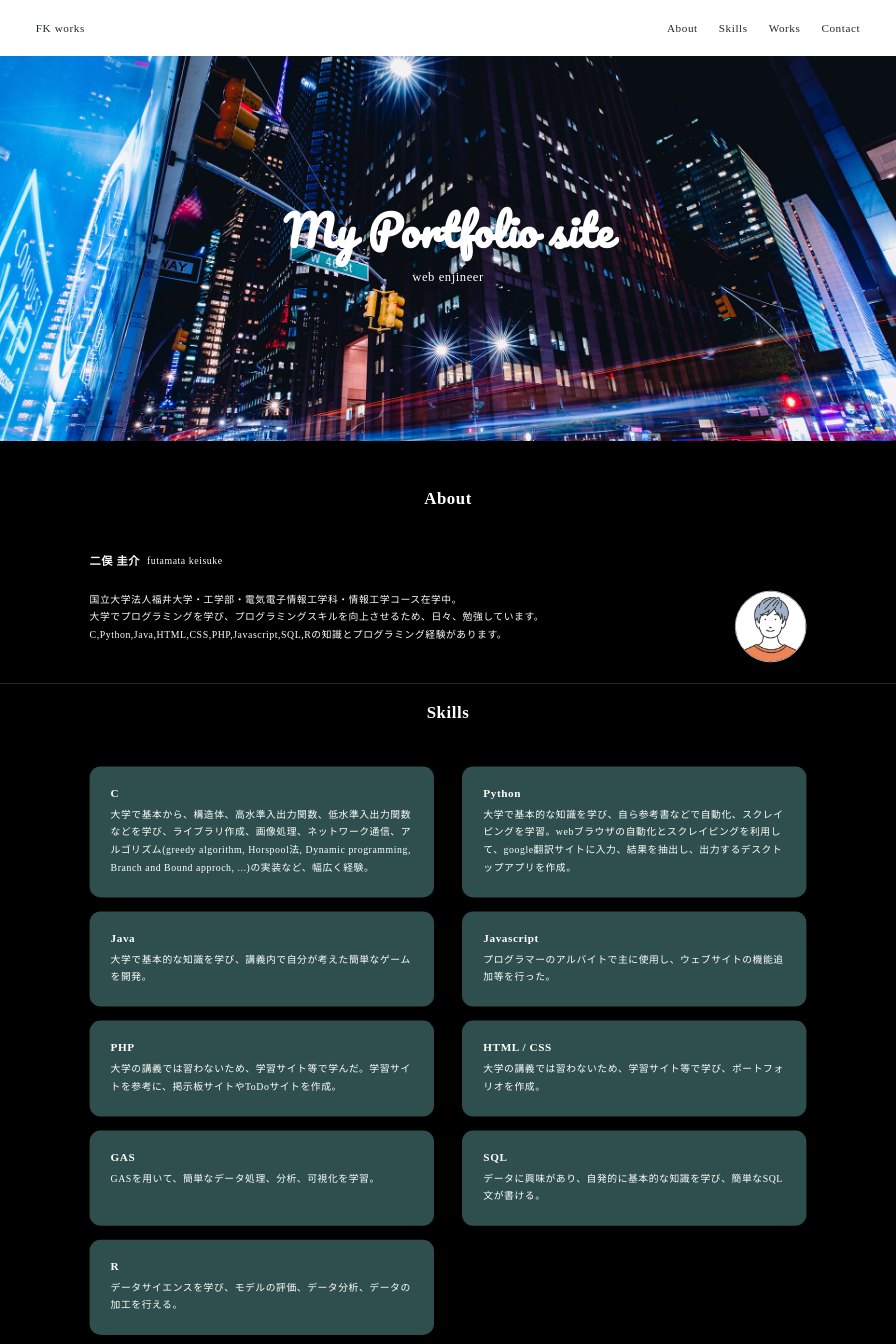
Repository: F-ksk/portfolio
Page: index.html
An editor plug-in stored every save of this project. The page is shown before and after the next save, followed by the edit.
The browser window is 1280 px wide. The pictures show the part of the page from y = 0 to 1920 px (the page is 3705 px tall), at 70% of full size.

Above is the page before, as saved 2023-11-13 00:17:09.

### index.html
<!DOCTYPE html>
<html>
    <head>
        <meta charset="UTF-8" />
        <meta http-equiv="X-UA-Compatible" content="IE=edge" />
        <meta name="viewport" content="width=device-width, initial-scale=1.0" />
        <meta name="robots" content="noindex" />
        <title>FK Portfolio</title>
        <link rel="stylesheet" href="css/reset.css" />
        <link rel="stylesheet" href="css/style.css" />
    </head>
    <body>

        <header>
            <a href="index.html">FK works</a>
            <nav>
                <ul>
                    <li><a href="#about">About</a></li>
                    <li><a href="#skills">Skills</a></li>
                    <li><a href="#works">Works</a></li>
                    <li><a href="#contact">Contact</a></li>
                </ul>
            </nav>
        </header>

        <div class="main-visual">
            <div>
                <h1>My Portfolio site</h1>
                <p>web enjineer</p>
            </div>
        </div>

        <section id="about">
            <h2>About</h2>
            <div id="about-name">
                <h3>二俣 圭介</h3>
                <p>futamata keisuke</p>
            </div>
            <div id="about-detail">
                <p>
                    国立大学法人福井大学・工学部・電気電子情報工学科・情報工学コース在学中。<br>
                    大学でプログラミングを学び、プログラミングスキルを向上させるため、日々、勉強しています。
                    C,Python,Java,HTML,CSS,PHP,Javascript,SQL,Rの知識とプログラミング経験があります。<br>
                </p>
                <img src="./img/man.jpg">
            </div>
        </section>
        <section id="skills">
            <h2>Skills</h2>
            <div class="skill-list">
                <div class="skill-item">
                    <h3>C</h3>
                    <p>大学で基本から、構造体、高水準入出力関数、低水準入出力関数などを学び、ライブラリ作成、画像処理、ネットワーク通信、アルゴリズム(greedy algorithm, Horspool法, Dynamic programming, Branch and Bound approch, ...)の実装など、幅広く経験。</p>
                </div>
                <div class="skill-item">
                    <h3>Python</h3>
                    <p>大学で基本的な知識を学び、自ら参考書などで自動化、スクレイピングを学習。webブラウザの自動化とスクレイピングを利用して、google翻訳サイトに入力、結果を抽出し、出力するデスクトップアプリを作成。</p>
                </div>
                <div class="skill-item">
                    <h3>Java</h3>
                    <p>大学で基本的な知識を学び、講義内で自分が考えた簡単なゲームを開発。</p>
                </div>
                <div class="skill-item">
                    <h3>Javascript</h3>
                    <p>プログラマーのアルバイトで主に使用し、ウェブサイトの機能追加等を行った。</p>
                </div>
                <div class="skill-item">
                    <h3>PHP</h3>
                    <p>大学の講義では習わないため、学習サイト等で学んだ。学習サイトを参考に、掲示板サイトやToDoサイトを作成。</p>
                </div>
                <div class="skill-item">
                    <h3>HTML / CSS</h3>
                    <p>大学の講義では習わないため、学習サイト等で学び、ポートフォリオを作成。</p>
                </div>
                <div class="skill-item">
                    <h3>GAS</h3>
                    <p>GASを用いて、簡単なデータ処理、分析、可視化を学習。</p>
                </div>
                <div class="skill-item">
                    <h3>SQL</h3>
                    <p>データに興味があり、自発的に基本的な知識を学び、簡単なSQL文が書ける。</p>
                </div>
                <div class="skill-item">
                    <h3>R</h3>
                    <p>データサイエンスを学び、モデルの評価、データ分析、データの加工を行える。</p>
                </div>
            </div>
        </section>
        <section id="works">
            <h2>Works</h2>
            <div class="work-item">
                <div class="work-description">
                    <h3>翻訳アプリ</h3>
                    <img src="./img/portfolio.jpg">
                    <p>デスクトップで翻訳するアプリ。</p>
                    <p>自動化、スクレイピング等を使い作成</p>
                </div>

                <div class="work-description">
                    <h3>ポートフォリオサイト</h3>
                    <img src="./img/portfolio(2).png">
                    <p>現在表示しているサイト。</p>
                </div>

                <div class="work-description">
                    <h3>ホッケーゲーム</h3>
                    <img src="./img/hokey.png">
                    <p>ホッケーのゲーム。Javaで作成</p>
                </div>

                <div class="work-description">
                    <h3>掲示板サイト</h3>
                    <img src="./img/掲示板.png">
                    <p>HTML,CSS,PHPを使い、</p>
                    <p>データベースなども学びながら作成</p>
                </div>

                <div class="work-description">
                    <h3>ToDoサイト</h3>
                    <img src="./img/todo.png">
                    <p>フレームワークにLaravelを使い、</p>
                    <p>マイグレーションファイル、UI等作成</p>
                </div>

            </div>
        </section>
        <section id="contact">
            <h2>Contact</h2>
            <div class="contact-form">
                <!--<iframe src="https://docs.google.com/forms/d/e/1FAIpQLSfhIRxsClYk-LjjOeqSs9rPikyz6iXAlGFSL5PuYS38eefG3A/viewform?embedded=true" width="640" height="682" frameborder="0" marginheight="0" marginwidth="0">読み込んでいます…</iframe> -->

                <form action="https://docs.google.com/forms/u/0/d/e/1FAIpQLSfhIRxsClYk-LjjOeqSs9rPikyz6iXAlGFSL5PuYS38eefG3A/formResponse" target="_self" method="POST" id="mG61Hd">
                    <dl>
                        <dt>お名前</dt>
                        <dd><input name="entry.{1209985459}" type="text" required="required" id="textfield" class="g_form"></dd>
                        <dt>メールアドレス</dt>
                        <dd><input name="entry.{1499214278}" type="text" class="g_form" id="textfield2"></dd>
                        <dt>問い合わせ内容</dt>
                        <dd><textarea name="entry.{1422841443}" required class="g_form_text" id="entry.{1422841443}"></textarea></dd>
                      </dl>
                      <div class="button"><input type="submit" class="btbt"></div>
                </form>

            </div>
        </section>
        <footer>
            <p>&copy; futamata keisuke</p>
        </footer>
    </body>
</html>

### css/style.css
@charset "UTF-8";
@import url('https://fonts.googleapis.com/css2?family=Roboto:wght@100;300;400;500;700;900&display=swap');
@import url('https://fonts.googleapis.com/css2?family=Noto+Sans+JP:wght@300;400;500;700;900&display=swap');
@import url('https://fonts.googleapis.com/css2?family=Pacifico&display=swap');

html {
  font-size: 100%;
}

body {
    color: #24292e;
    letter-spacing: 0.05em;
}

a,a:visited {
    color: #24292e;
    text-decoration: none;
}

img {
    max-width: 100%;
}

li {
    list-style: none;
}

p {
    line-height: 1.8;
    font-size: 14px;
}

h1 {
    font-size: 60px;
    font-family: 'Pacifico';
}

h2 {
    font-size: 1.5rem;
    text-align: center;
    margin-bottom: 65px;
}

h3 {
    font-size: 16px;
}

header {
    max-width: 100%;
    background-color: #fff;
    display: flex;
    justify-content: space-between;
    height: 80px;
    padding: 0 4%;
    align-items: center;
    position: sticky;
    top: 0;
}

header ul {
    display: flex;
}

header li {
    margin-left: 30px;
}

.main-visual {
    width: 100%;
    height: 550px;
    background-image: url(../img/town.jpg);
    background-size: cover;
    color: #FFF;
    text-align: center;
    display: flex;
    justify-content: center;
    align-items: center;
}

.main-visual p {
    margin-top: 20px;
    font-size: 18px;
}

#about{
    background-color: black;
    color: #fff;
}

#about-name{
    display: flex;
    justify-content: flex-start;
    align-items: center;
}

#about h2 {
    margin-top: 40px;
}

#about h3 {
    margin-right: 10px;
}

#about p {
    width: 80%;
}

#about-detail {
    margin-top: 30px;
    display: flex;
    justify-content: space-between;
}

#about img {
    width: 100px;
    height: 100px;
    border-radius: 50%;
    object-fit: cover;
    border-style: solid;
    border-width: 1px;
}

section {
    padding: 30px 10%;
}

#skills {
    background-color: black;
    color: white;
}

#skills h3 {
    margin-bottom: 10px;
}

.skill-list {
    display: flex;
    justify-content: space-between;
    flex-wrap: wrap;
}

.skill-item {
    width: 48%;
    background-color: darkslategrey;
    border-radius: 16px;
    margin-bottom: 20px;
    padding: 30px;
    box-sizing: border-box;
}

.work-item {
    display: flex;
    justify-content: space-between;
    flex-wrap: wrap;
}

#works{
    background-color: black;
    color: whitesmoke;
}

#works img {
    width: 60%;
    height: 180px;
}

.work-description {
    padding: 20px;
    background-color:darkslategray;
    border-radius: 16px;
    margin-bottom: 20px;
    width: 45%;
    text-align: center;
}

.work-description p {
    margin-top: 10px;
}

.work-description h3 {
    margin-top: 10px;
    margin-bottom: 10px;
}

#contact {
    background-color: black;
    color: white;
    text-align: center;
}

#contact form {
    width: 70%;
    margin: 0 auto;
}

#contact dl {
    display: flex;
    flex-wrap: wrap;
    margin-bottom: 20px;
}

#contact dt {
    width: 15%;
    font-size: 13px;
}

#contact dd {
    width: 85%;
    margin-bottom: 10px;
}

#contact dd input,
#contact dd textarea {
    width: 100%;
    border: solid 1px #999999;
    padding: 10px;
    background-color: #fff;
    border-radius: 8px;
}

#contact dd textarea {
    height: 10rem;
}

#contact .button {
    text-align: center;
}

#contact .button input {
    width: 200px;
    background-color: #24292e;
    color: #fff;
    padding: 15px 0;
    border: solid 1px #24292e;
}

#contact .button input:hover {
    background: #fff;
    color: #24292e;
}

footer {
    background-color: #24292e;
    color: #fff;
    font-size:  0.5rem;
    padding: 10px 20px;
    text-align: center;
}

@media screen and (max-width: 414px) {
	h2 {
        margin-bottom: 30px;
    }

    header {
        max-width: 100%;
        flex-direction: column;
        height: auto;
        padding: auto;
    }

    #about {
        text-align:  center;
    }

    #about h3 {
        margin: 0;
    }

    #about-name {
        flex-direction: column;
        align-items: center;
    }

    #about-detail {
        flex-direction: flex;
        flex-direction: column-reverse;
        align-items: center;
    }

    #about-detail p {
        text-align: left;
        margin-top: 30px;
        width: 100%;
    }

    .skill-item {
        width: 100%;
    }

    .work-item {

        width: 90%;
        flex-direction: column;
    }

    #works img {
        width: 100%;
        height: 120px;
        margin-bottom: 10px;
    }

    .work-description {
        margin-bottom: 30px;
        width: 100%;
    }

    #contact form {
        text-align: center;
    }

    #contact input {
        width: 100%;
    }

    #contact dl{
        flex-direction: column;
        width: 100%;
    }

    #contact dt{
        width: auto;
        margin-bottom: 5px;
    }

    #contact dd{
        width: 90%;
    }
}

Loaded but not shown: css/reset.css (common file)

After the next save:
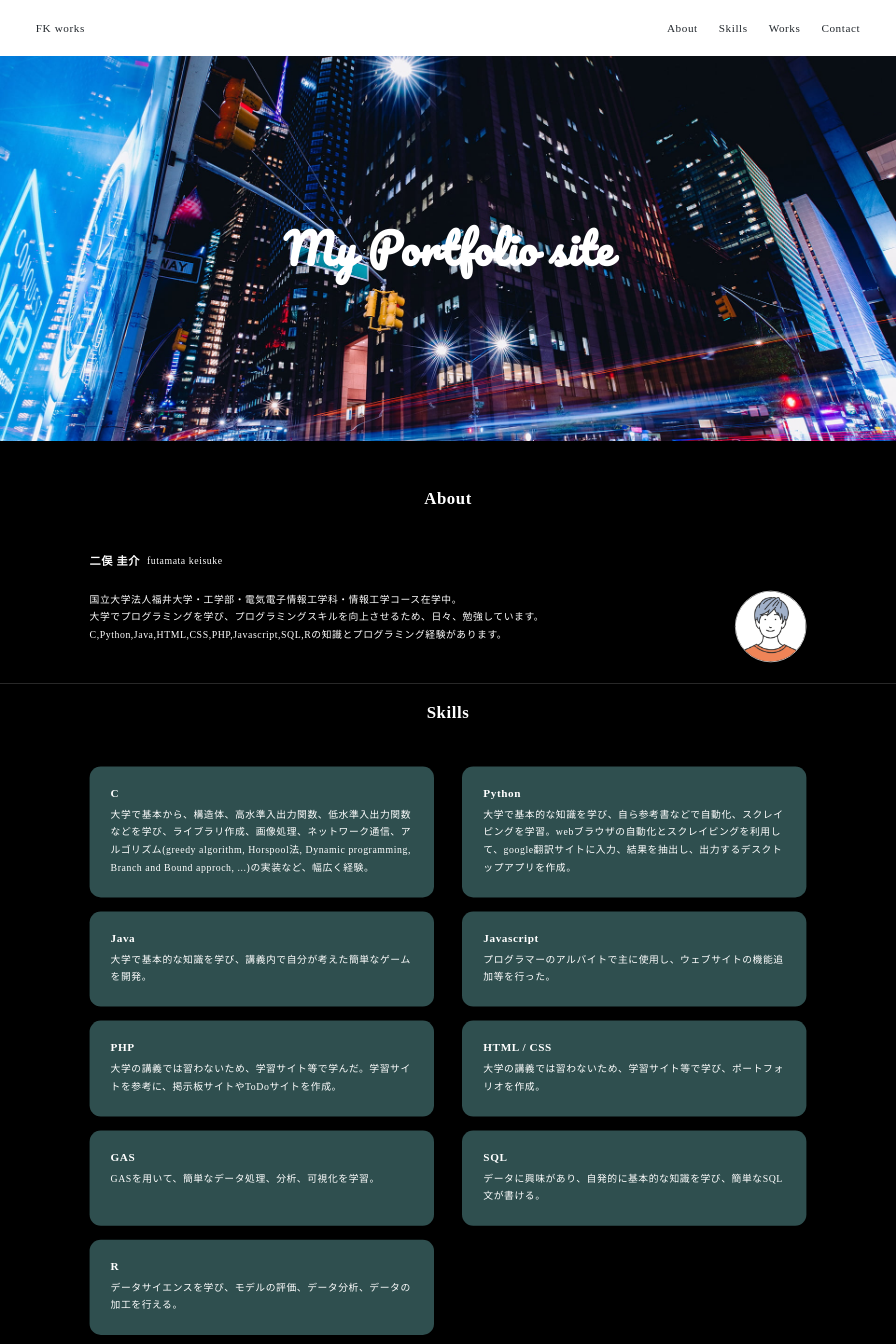
Saved 74 s later.
--- a/index.html
+++ b/index.html
@@ -26,7 +26,6 @@
         <div class="main-visual">
             <div>
                 <h1>My Portfolio site</h1>
-                <p>web enjineer</p>
             </div>
         </div>
 
